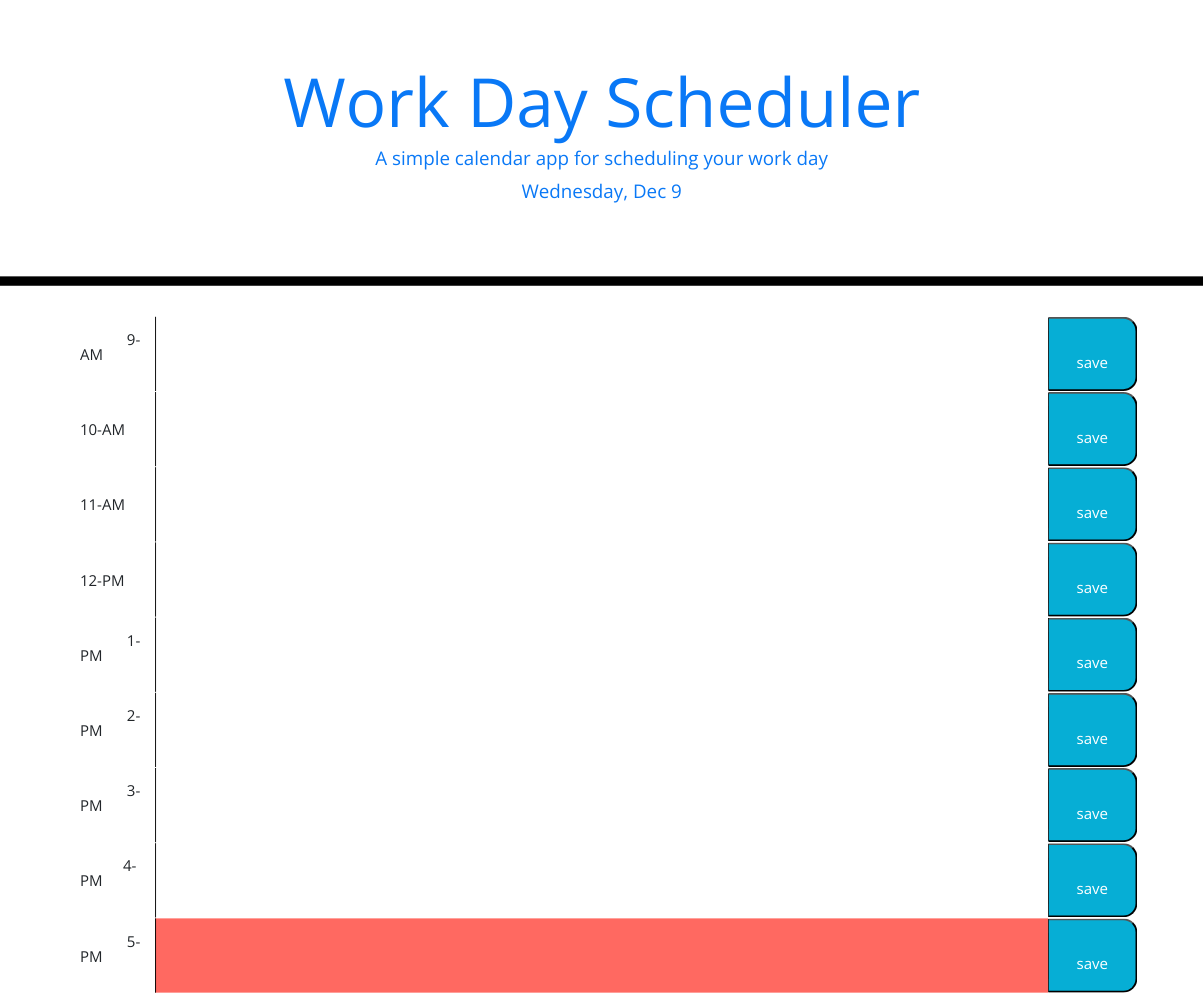
Repository: Mf948/DailyPlannerJS
Page: Develop/index.html
These files come from the project's save history. The page is drawn as it stood at one moment and after a run of saves; the edit follows.
The browser window is 1280 px wide. The pictures show the whole page, at 94% of full size.
Some web libraries are served in a nearby version.

Above is the page before, as saved 2020-12-09 17:33:51.

### Develop/index.html
<!DOCTYPE html>
<html lang="en">
  <head>
    <meta charset="UTF-8" />
    <meta name="viewport" content="width=device-width, initial-scale=1.0" />
    <meta http-equiv="X-UA-Compatible" content="ie=edge" />
    <link
      rel="stylesheet"
      href="https://stackpath.bootstrapcdn.com/bootstrap/4.3.1/css/bootstrap.min.css"
    />
    <link
      rel="stylesheet"
      href="https://use.fontawesome.com/releases/v5.8.1/css/all.css"
      integrity="sha384-50oBUHEmvpQ+1lW4y57PTFmhCaXp0ML5d60M1M7uH2+nqUivzIebhndOJK28anvf"
      crossorigin="anonymous"
    />
    <link
      href="https://fonts.googleapis.com/css?family=Open+Sans&display=swap"
      rel="stylesheet"
    />
    <link rel="stylesheet" href="style.css" />

    <title>Work Day Scheduler</title>
  </head>

  <body>
    <header class="jumbotron">
      <h1 class="display-3">Work Day Scheduler</h1>
      <p class="lead">A simple calendar app for scheduling your work day</p>
      <p id="currentDay" class="lead"></p>
    </header>
    <div class="container">
      <!-- Timeblocks go here -->
        <div class="row">
          <div class="col-1">
            9-AM
          </div>
          <textarea class="col-10" id=9>

          </textarea>
          <button class="col-1 saveBtn">
          save
          </button>
        </div>
        <div class="row">
          <div class="col-1">
            10-AM
          </div>
          <textarea class="col-10" id=10>

          </textarea>
          <button class="col-1 saveBtn">
          save
          </button>
        </div>
        <div class="row">
          <div class="col-1">
            11-AM
          </div>
          <textarea class="col-10" id=11>

          </textarea>
          <button class="col-1 saveBtn">
          save
          </button>
        </div>
        <div class="row">
          <div class="col-1">
            12-PM
          </div>
          <textarea class="col-10" id=12 >

          </textarea>
          <button class="col-1 saveBtn">
          save
          </button>
        </div>
        <div class="row">
          <div class="col-1">
            1-PM
          </div>
          <textarea class="col-10" id=1>

          </textarea>
          <button class="col-1 saveBtn">
          save
          </button>
        </div>
        <div class="row">
          <div class="col-1">
            2-PM
          </div>
          <textarea class="col-10" id=2>

          </textarea>
          <button class="col-1 saveBtn">
          save
          </button>
        </div>
        <div class="row">
          <div class="col-1">
            3-PM
          </div>
          <textarea class="col-10" id=3>

          </textarea>
          <button class="col-1 saveBtn">
          save
          </button>
        </div>
        <div class="row">
          <div class="col-1">
           4-PM
          </div>
          <textarea class="col-10" id=4>

          </textarea>
          <button class="col-1 saveBtn">
          save
          </button>
        </div>
        <div class="row">
          <div class="col-1">
            5-PM
          </div>
          <textarea class="col-10" id=5>

          </textarea>
          <button class="col-1 saveBtn">
          save
          </button>
        </div>
    </div>
    <script src="https://unpkg.com/dayjs@1.8.21/dayjs.min.js"></script>
    <script src="https://unpkg.com/dayjs@1.8.21/dayjs.min.js"></script>
    <script src="https://cdnjs.cloudflare.com/ajax/libs/jquery/3.2.1/jquery.min.js"></script>
    <script src="https://cdnjs.cloudflare.com/ajax/libs/moment.js/2.24.0/moment.min.js"></script>
    <script src = "script.js"></script>
  </body>
</html>

### Develop/style.css
body {
  font-family: 'Open Sans', sans-serif;
  font-size: 16px;
  line-height: 1;
}

textarea{
  background: transparent;
  border: none;
  resize: none;
  color: #000000;
  border-left: 1px solid black;
  padding: 10px;
}

.jumbotron {
  text-align: center;
  background-color: transparent;
  color: rgb(9, 120, 246);
  border-radius: 0;
  border-bottom: 10px solid black;
}

.description{
  white-space: pre-wrap;
}

.time-block{
  text-align: center;
  border-radius: 15px;
}

.row {
  white-space: pre-wrap;
  height: 80px;
  border-top: 1px solid white;;
}

.hour {
  background-color: #df1212;
  color: #000000;
  border-top: 1px dashed #000000;
}

.past {
  background-color: #d3d3d3;
  color: white;
}

.present {
  background-color: #ff6961;
  color: white;
}

.future {
  background-color: #77dd77;
  color: white;
}

.saveBtn {
  border-left: 1px solid black;
  border-top-right-radius: 15px;
  border-bottom-right-radius: 15px;
  background-color: #06AED5;
  color: white;
}

.saveBtn i:hover {
  font-size: 20px;
  transition: all .3s ease-in-out;
}

### Develop/script.js

 $(document).ready(function() {
    // currentDay
    $("#currentDay").text(dayjs().format('dddd, MMM D'))
    console.log('current hour',dayjs().format('h'))

    function time (){
        var dayjshour = dayjs().format("h")
        if (dayjshour < 5 ) {

        }

        $('textarea').each(function(){

            if(dayjshour === $(this).attr('id')){
                //cchange class to current
                $(this).addClass('present')
            }else if(dayjshour > $(this).attr('id')){
                //change class to future
            }else{
                //default class == past
            }
        })


    }

    time();

 })

After the next 2 saves:
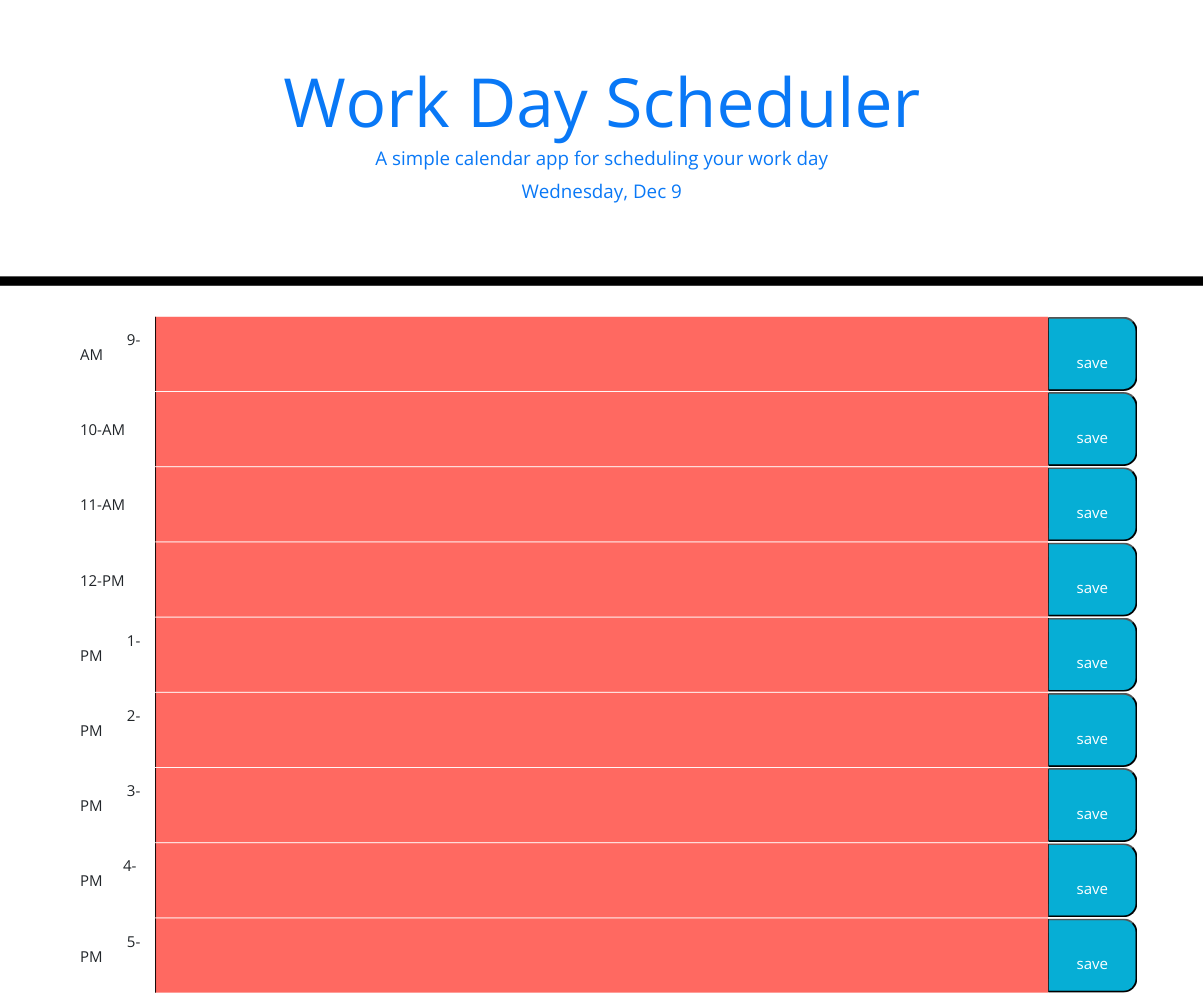
The 2 saves are shown as one change because they came seconds apart.
The last was saved 10 s later.
--- a/Develop/script.js
+++ b/Develop/script.js
@@ -17,8 +17,10 @@
                 $(this).addClass('present')
             }else if(dayjshour > $(this).attr('id')){
                 //change class to future
+                $(this).addClass('present')
             }else{
                 //default class == past
+                $(this).addClass('present')
             }
         })
 
